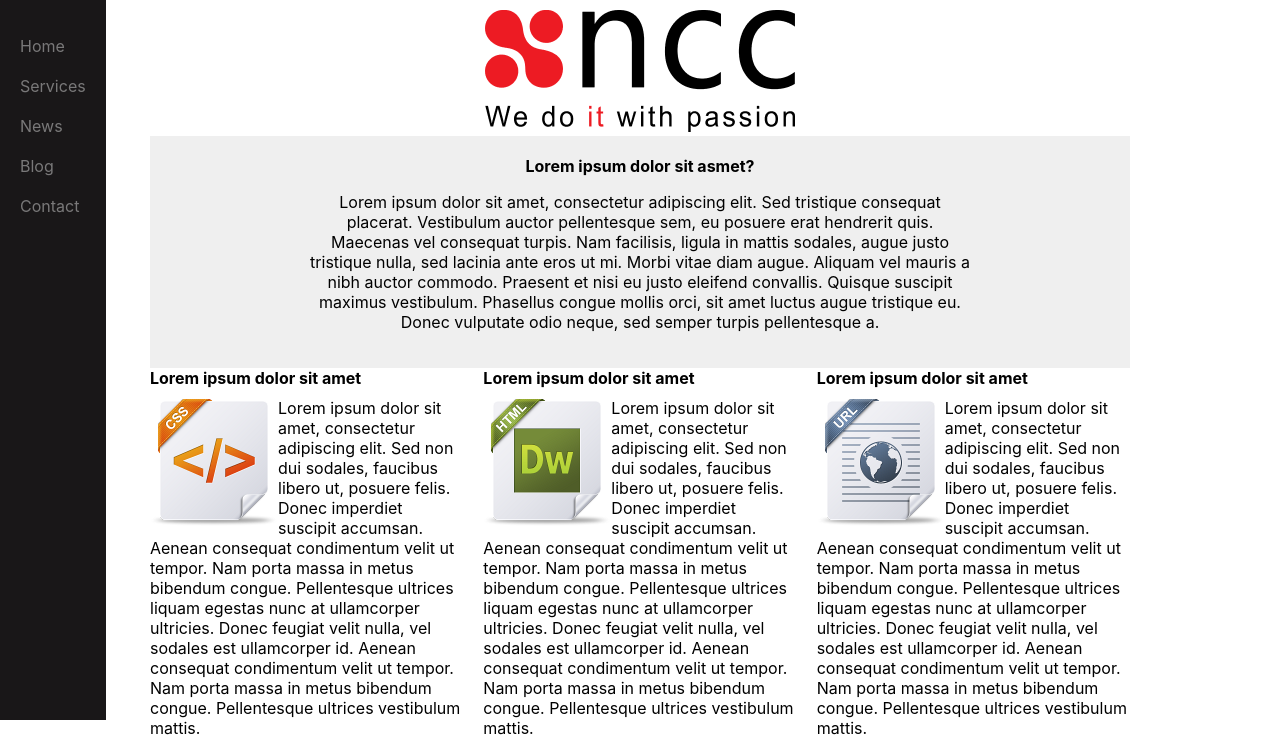
Repository: nganha241/testt
Page: /
The author's editor kept a copy of each file at every save. The page is drawn from the files as they stood at one save, then again after the next save.
The browser window is 1280 px wide. The pictures show the whole page.
The project was rebuilt for these pictures with package versions that can differ from the ones it lists, and the page was loaded fresh each time.

Above is the page before, as saved 2023-02-28 11:33:03.

After the next save:
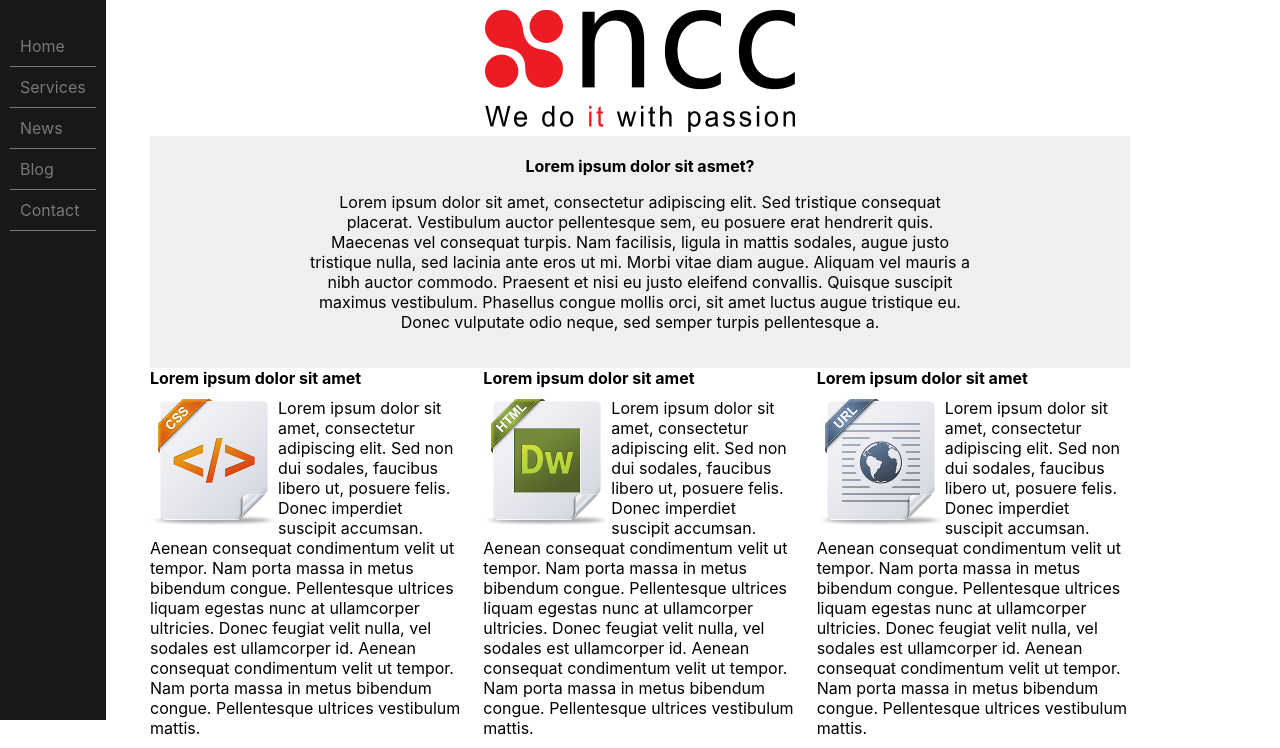
Saved 24 s later.
--- a/src/pages/Navbar/Navbar.css
+++ b/src/pages/Navbar/Navbar.css
@@ -9,6 +9,7 @@
   color: #aaaa;
 }
 .nav-content li {
+  border-bottom: 1px solid;
   list-style-type: none;
   padding: 10px;
 }
